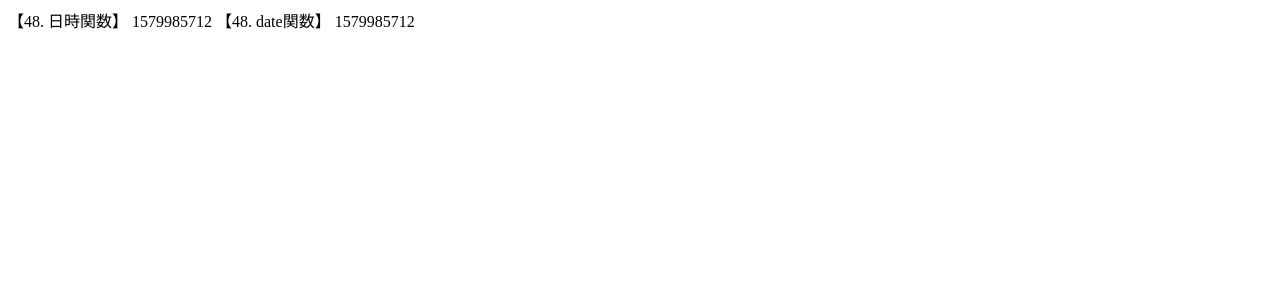
Repository: hiroaki-kitagawa/menta-php
Page: http://localhost/menta48-50.php
The author's editor kept a copy of each file at every save. The page is drawn from the files as they stood at one save, then again after the next save.
The browser window is 1280 px wide. The pictures show the whole page.
The page is run by PHP 8.4 with error messages shown; the project is at /var/www/html/.

Above is the page before, as saved 2020-01-27 21:04:50.

After the next save:
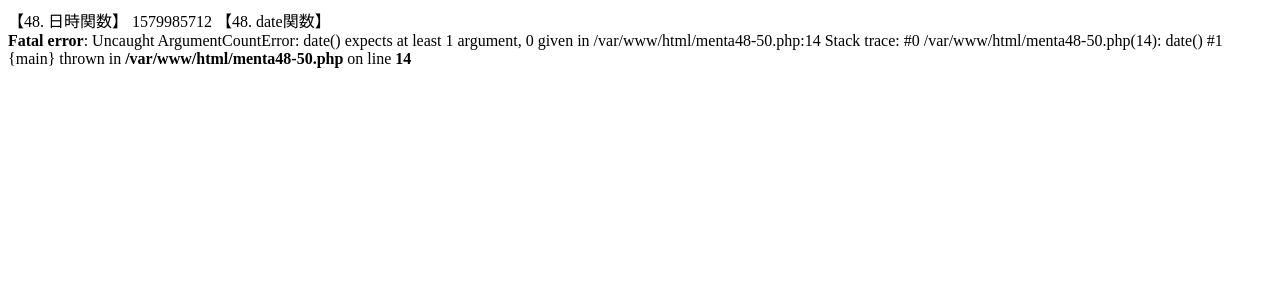
Saved 12 s later.
--- a/menta48-50.php
+++ b/menta48-50.php
@@ -11,7 +11,7 @@
 // 年月日 時:分:秒で表示しなさい
 // ex) 2017/8/4 13:44:41
 echo '【48. date関数】' . PHP_EOL;
-echo time();
+echo date();
 
 
 // 50

After the 2 saves that followed:
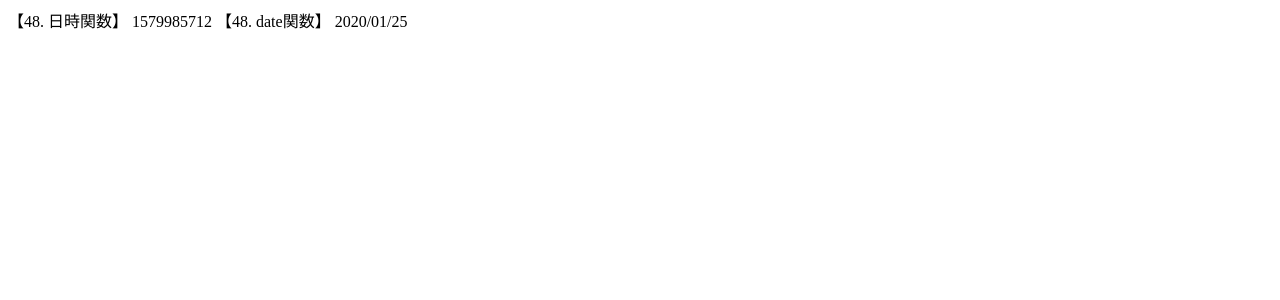
The 2 saves are shown as one change because they came seconds apart.
The last was saved 12 s later.
--- a/menta48-50.php
+++ b/menta48-50.php
@@ -11,7 +11,7 @@
 // 年月日 時:分:秒で表示しなさい
 // ex) 2017/8/4 13:44:41
 echo '【48. date関数】' . PHP_EOL;
-echo date();
+echo date('Y/m/d');
 
 
 // 50
